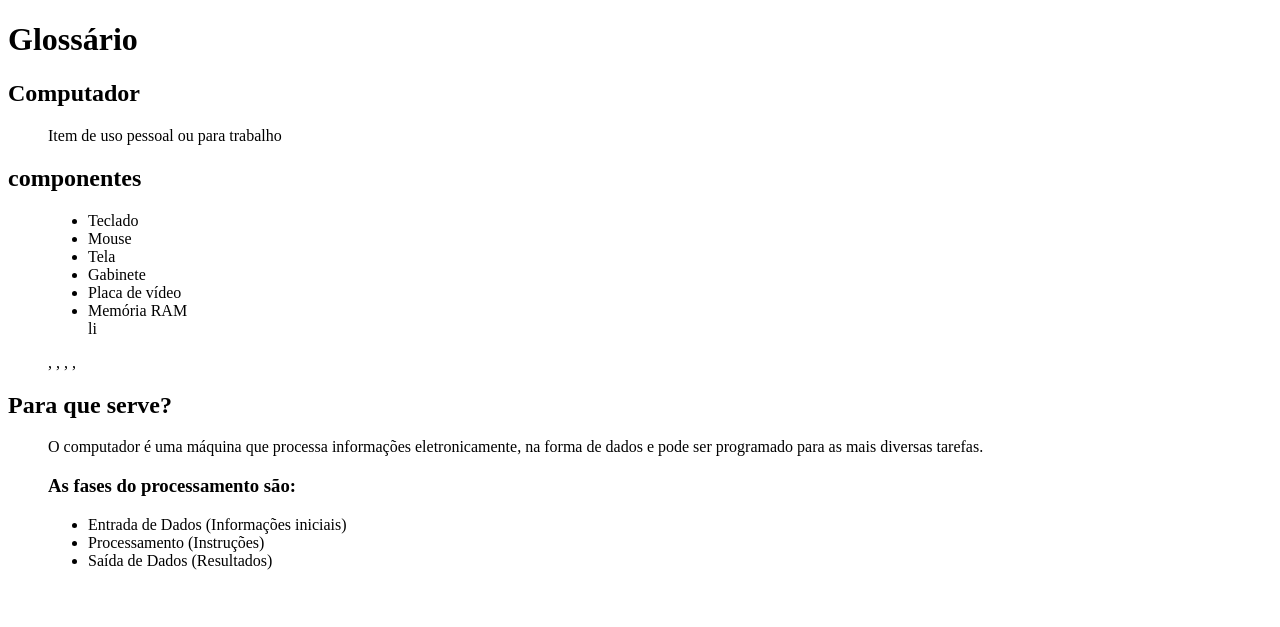
Repository: RenatoCCS/Mais1Code
Page: Rocketseat/Fundamentar/01 - O guia estelar de HTML/Desafios/1_Glossario/glossary.html
An editor plug-in stored every save of this project. The page is shown before and after the next save, followed by the edit.
The browser window is 1280 px wide. The pictures show the whole page.

Above is the page before, as saved 2022-04-18 20:53:58.

### Rocketseat/Fundamentar/01 - O guia estelar de HTML/Desafios/1_Glossario/glossary.html
<!DOCTYPE html>
<html lang="pt-br">
<head>
    <meta charset="UTF-8">
    <meta http-equiv="X-UA-Compatible" content="IE=edge">
    <meta name="viewport" content="width=device-width, initial-scale=1.0">
    <title>Glossário</title>
</head>
<body>

    <h1>Glossário</h1>
<dl>
    <h2><dt>Computador</dt></h2>
    <dd>Item de uso pessoal ou para trabalho</dd>

    <h2><dt>componentes</dt></h2>
    <dd>

       <ul>
<li>Teclado</li>
<li>Mouse</li>
<li>Tela</li>
<li>Gabinete</li>
<li>Placa de vídeo</li>
<li>Memória RAM</li>
li


       </ul> , , , , </dd>

<h2><dt>Para que serve?</dt></h2>
<dd><p>O computador é uma máquina que processa informações eletronicamente, na forma de dados e pode ser programado para as mais diversas tarefas.

    <h3>As fases do processamento são:</h3>
    <ul>
        <li>Entrada de Dados (Informações iniciais)</li>
        <li>Processamento (Instruções)</li>
        <li>Saída de Dados (Resultados)</li>
     </ul>



    </p></dd>


</dl>



</body>
</html>

After the next save:
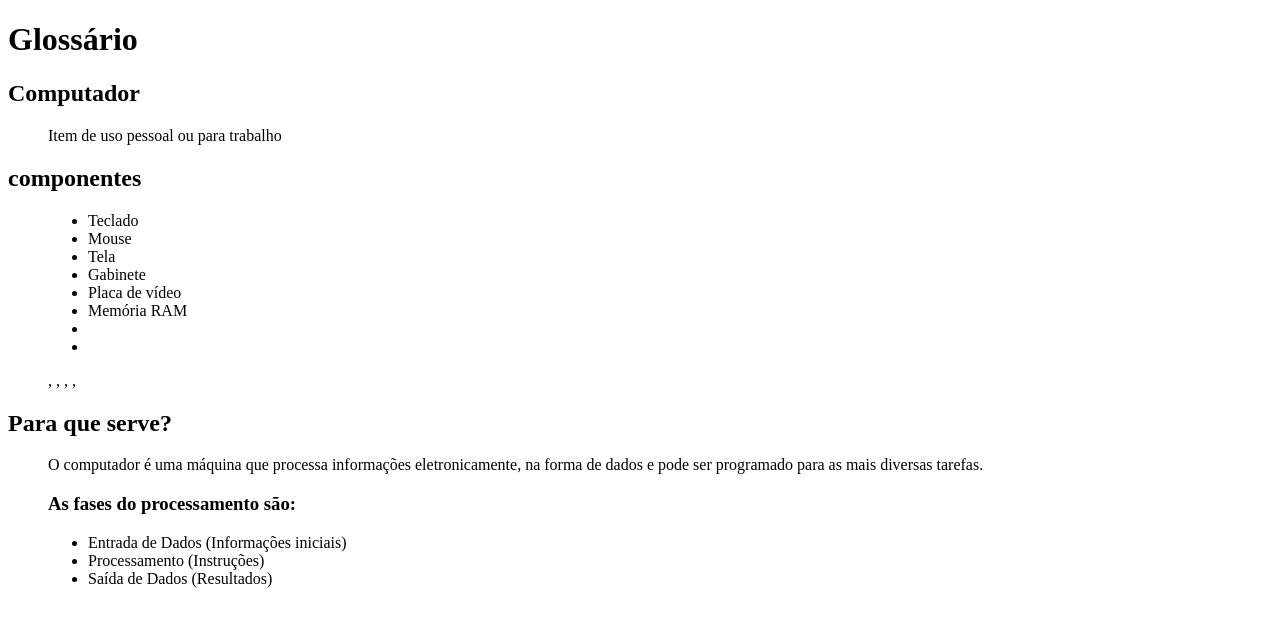
Saved 4 s later.
--- a/Rocketseat/Fundamentar/01 - O guia estelar de HTML/Desafios/1_Glossario/glossary.html
+++ b/Rocketseat/Fundamentar/01 - O guia estelar de HTML/Desafios/1_Glossario/glossary.html
@@ -23,7 +23,8 @@
 <li>Gabinete</li>
 <li>Placa de vídeo</li>
 <li>Memória RAM</li>
-li
+<li></li>
+<li></li>
 
 
        </ul> , , , , </dd>
